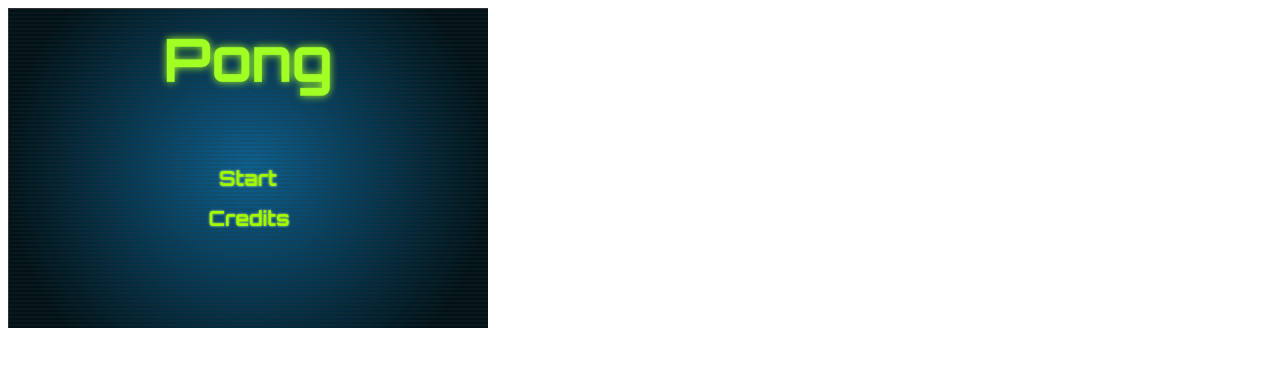
Repository: nourHellani/PongGame
Page: index.html
The author's editor kept a copy of each file at every save. The page is drawn from the files as they stood at one save, then again after the next save.
The browser window is 1280 px wide. The pictures show the whole page.

Above is the page before, as saved 2023-01-31 09:58:59.

After the next save:
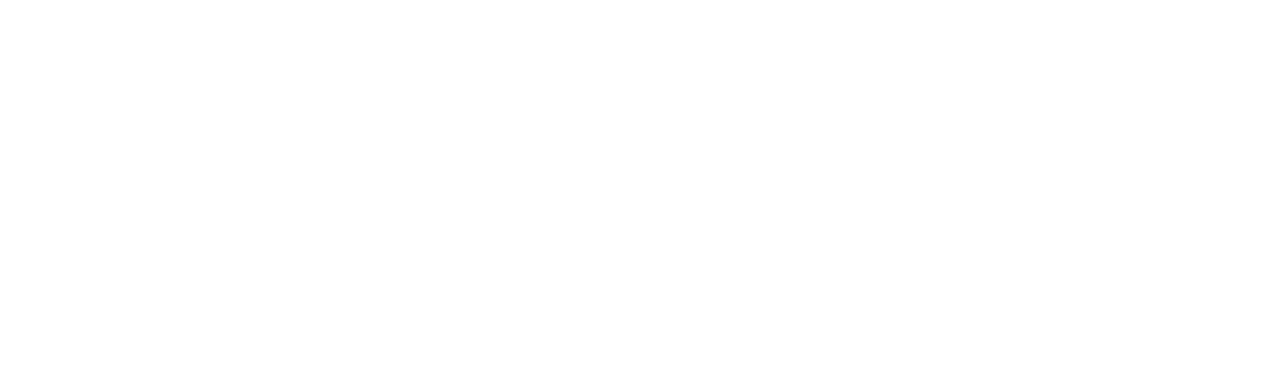
Console error: SyntaxError: Unexpected token ')'
Saved 7 s later.
--- a/Main.js
+++ b/Main.js
@@ -403,7 +403,7 @@
     alert("lose");
   }
 
-  if(!timer_on ){
+  if(!timer_on && ){
 
   }
 }

After the 6 saves that followed:
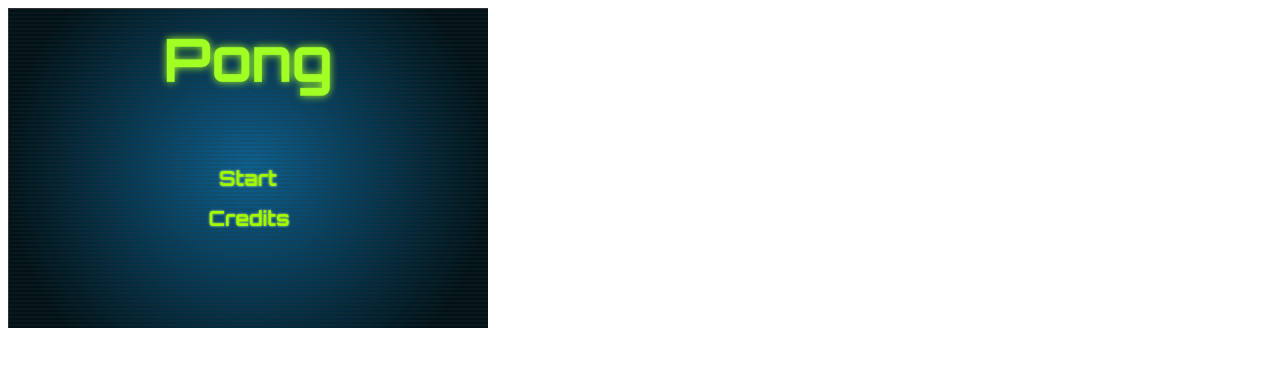
The error is gone.
The 6 saves are shown as one change because 1 left the picture as it was and some came seconds apart.
The last was saved 35 s later.
--- a/Main.js
+++ b/Main.js
@@ -403,7 +403,7 @@
     alert("lose");
   }
 
-  if(!timer_on && ){
+  if(!timer_on && (playerScore.text == "1" || cpuScore.text == "1")){
 
   }
 }
